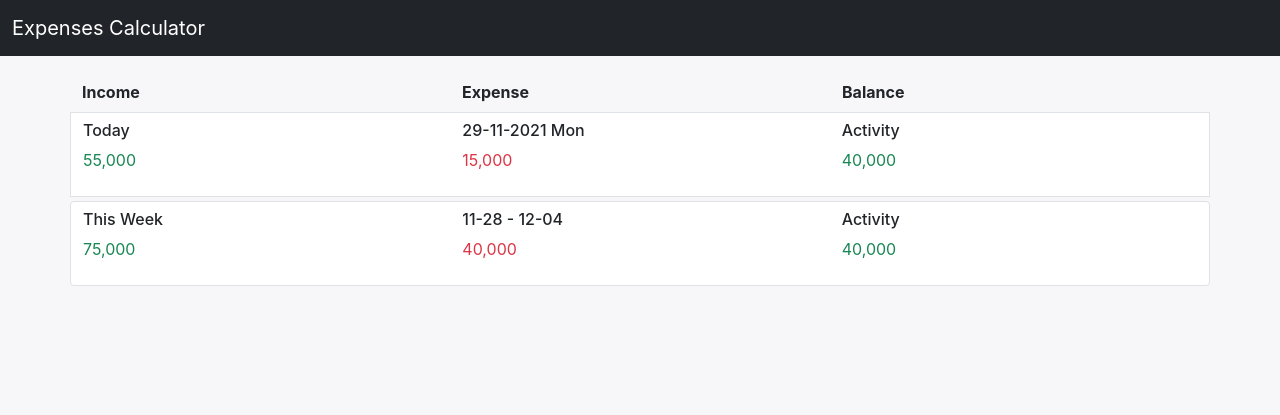
Repository: eidankhan/expenses-calculator
Page: /
An editor plug-in stored every save of this project. The page is shown before and after the next save, followed by the edit.
The browser window is 1280 px wide. The pictures show the whole page.
The project was rebuilt for these pictures with package versions that can differ from the ones it lists, and the page was loaded fresh each time. Also part of the build but not shown: src/components/SaveIncome.js.

Above is the page before, as saved 2021-11-29 17:30:19.

### public/index.html
<!DOCTYPE html>
<html lang="en">
  <head>
    <meta charset="utf-8" />
    <link rel="icon" href="%PUBLIC_URL%/favicon.ico" />
    <meta name="viewport" content="width=device-width, initial-scale=1" />
    <meta name="theme-color" content="#000000" />
    <meta
      name="description"
      content="Web site created using create-react-app"
    />
    <link rel="apple-touch-icon" href="%PUBLIC_URL%/logo192.png" />
    <link rel="manifest" href="%PUBLIC_URL%/manifest.json" />
    <!-- CSS only -->
    <link
      href="https://cdn.jsdelivr.net/npm/bootstrap@5.1.3/dist/css/bootstrap.min.css"
      rel="stylesheet"
      integrity="sha384-1BmE4kWBq78iYhFldvKuhfTAU6auU8tT94WrHftjDbrCEXSU1oBoqyl2QvZ6jIW3"
      crossorigin="anonymous"
    />
    <title>Shopping Cart App</title>
  </head>
  <body>
    <noscript>You need to enable JavaScript to run this app.</noscript>
    <div id="root"></div>
    <!-- JavaScript Bundle with Popper -->
    <script
      src="https://cdn.jsdelivr.net/npm/bootstrap@5.1.3/dist/js/bootstrap.bundle.min.js"
      integrity="sha384-ka7Sk0Gln4gmtz2MlQnikT1wXgYsOg+OMhuP+IlRH9sENBO0LRn5q+8nbTov4+1p"
      crossorigin="anonymous"
    ></script>
  </body>
</html>

### src/index.css
body {
  margin: 0;
  font-family: -apple-system, BlinkMacSystemFont, 'Segoe UI', 'Roboto', 'Oxygen',
    'Ubuntu', 'Cantarell', 'Fira Sans', 'Droid Sans', 'Helvetica Neue',
    sans-serif;
  -webkit-font-smoothing: antialiased;
  -moz-osx-font-smoothing: grayscale;
}

code {
  font-family: source-code-pro, Menlo, Monaco, Consolas, 'Courier New',
    monospace;
}

body{
  background-color: #F7F7F9;
}

### src/App.js
// import {
//   BrowserRouter as Router,
//   Routes,
//   Route,
// } from "react-router-dom";

import { IncomeSummary } from "./components/IncomeSummary";
import { Navbar } from "./components/Navbar";
import { SaveIncome } from "./components/SaveIncome";

function App() {
  return (
    <>
      <Navbar />
      <div className="container my-3">
        {/* <SaveIncome/> */}
        <IncomeSummary/>
      </div>
    </>
  );
}

export default App;

### src/components/IncomeSummary.js
import React from "react";

export const IncomeSummary = () => {
  return (
    <div className="my-3">
      <div className="row">
        <div className="col-md-4 my-2 ">
          {" "}
          <strong>Income</strong>{" "}
        </div>
        <div className="col-md-4 my-2 ">
          {" "}
          <strong>Expense</strong>{" "}
        </div>
        <div className="col-md-4 my-2 ">
          {" "}
          <strong>Balance</strong>{" "}
        </div>
      </div>
      <div className="row border rounder" style={{backgroundColor: "white"}}>
        <div className="col-md-4 my-2" m>
          <h6> Today </h6>
          <p className="text-success"> 55,000</p>
        </div>
        <div className="col-md-4 my-2">
          <h6> 29-11-2021 Mon </h6>
          <p className="text-danger"> 15,000</p>
        </div>
        <div className="col-md-4 my-2">
          <h6> Activity </h6>
          <p className="text-success"> 40,000</p>
        </div>
      </div>
      <div className="row border rounded my-1" style={{backgroundColor: "white"}}>
        <div className="col-md-4 my-2">
          <div className="cards">
            <h6> This Week </h6>
            <p className="text-success"> 75,000</p>
          </div>
        </div>
        <div className="col-md-4 my-2">
          <h6> 11-28 - 12-04 </h6>
          <p className="text-danger"> 40,000</p>
        </div>
        <div className="col-md-4 my-2">
          <h6> Activity </h6>
          <p className="text-success"> 40,000</p>
        </div>
      </div>
    </div>
  );
};

### src/components/Navbar.js
import React from "react";

export const Navbar = () => {
  return (
    <nav className="navbar navbar-dark bg-dark">
      <div className="container-fluid">
        <a className="navbar-brand" href="/" > Expenses Calculator</a>

        {/* <form className="d-flex">
          <input
            className="form-control me-2"
            type="search"
            placeholder="Search"
            aria-label="Search"
          />
          <button className="btn btn-outline-success" type="submit">
            Search
          </button>
        </form> */}

      </div>
    </nav>
  );
};

Loaded but not shown: src/index.js (common file)

After the next save:
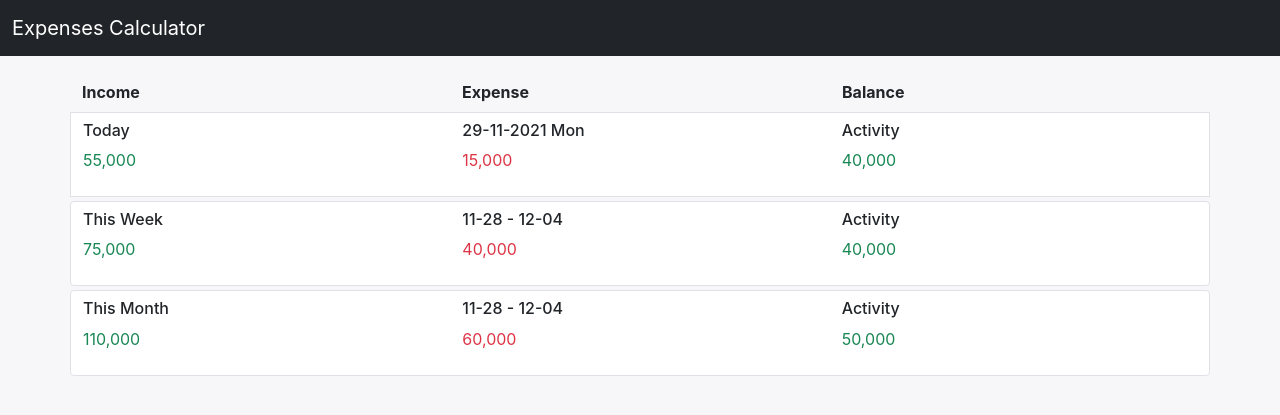
Saved 70 s later.
--- a/src/components/IncomeSummary.js
+++ b/src/components/IncomeSummary.js
@@ -47,6 +47,22 @@ export const IncomeSummary = () => {
           <p className="text-success"> 40,000</p>
         </div>
       </div>
+      <div className="row border rounded my-1" style={{backgroundColor: "white"}}>
+        <div className="col-md-4 my-2">
+          <div className="cards">
+            <h6> This Month </h6>
+            <p className="text-success"> 110,000</p>
+          </div>
+        </div>
+        <div className="col-md-4 my-2">
+          <h6> 11-28 - 12-04 </h6>
+          <p className="text-danger"> 60,000</p>
+        </div>
+        <div className="col-md-4 my-2">
+          <h6> Activity </h6>
+          <p className="text-success"> 50,000</p>
+        </div>
+      </div>
     </div>
   );
 };
